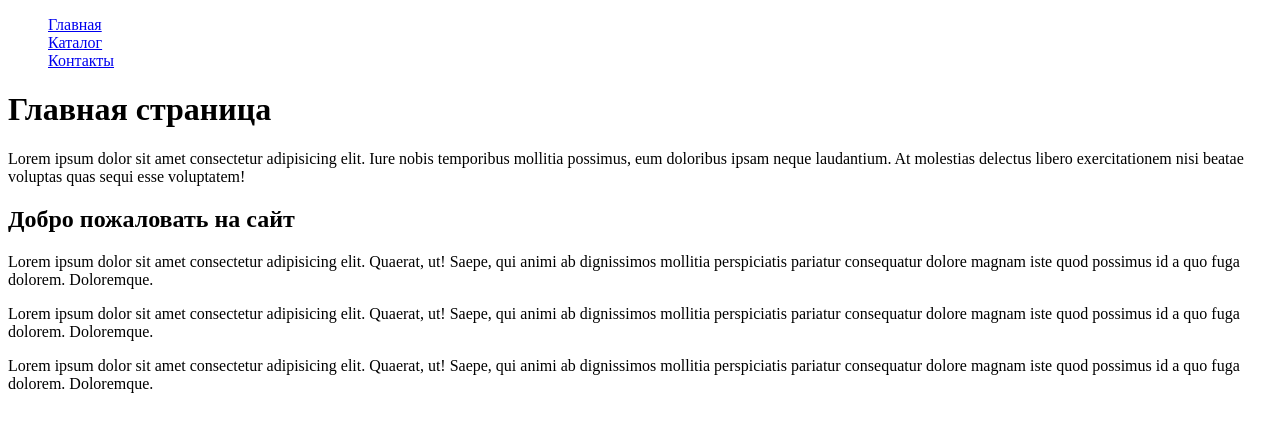
Repository: Alekseiy1980/Catalog
Page: index.html
An editor plug-in stored every save of this project. The page is shown before and after the next save, followed by the edit.
The browser window is 1280 px wide. The pictures show the whole page.

Above is the page before, as saved 2024-01-13 16:18:58.

After the next save:
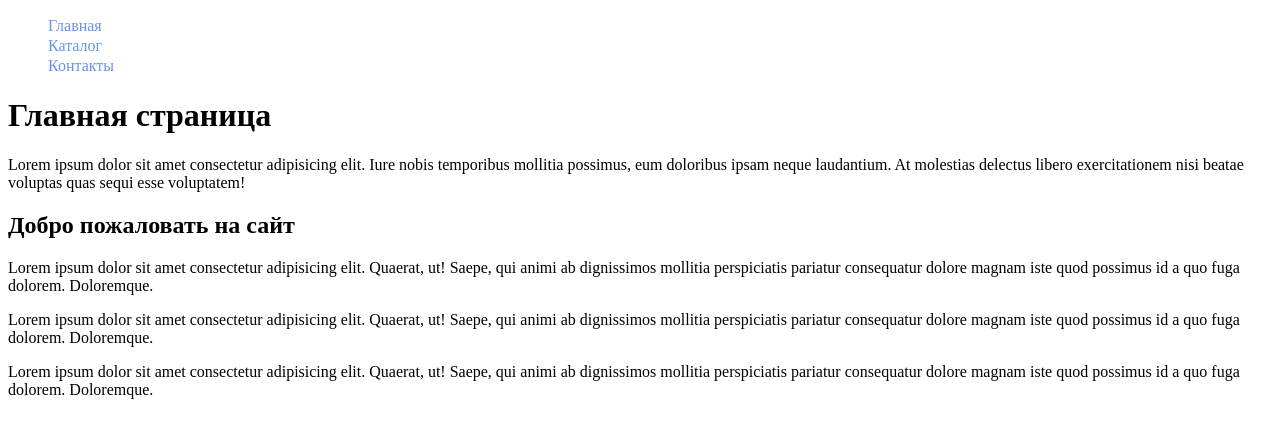
Saved 63 s later.
--- a/index.html
+++ b/index.html
@@ -11,13 +11,13 @@
         <div class="menu">
             <ul class="menu_list">
                 <li class="menu_item">
-                    <a href="#">Главная</a>
+                    <a class="menu_limk" href="#">Главная</a>
                 </li>
                 <li class="menu_item">
-                    <a href="/catalog/catalog.html">Каталог</a>
+                    <a class="menu_limk" href="/catalog/catalog.html">Каталог</a>
                 </li>
                 <li class="menu_item">
-                    <a href="contacts.html">Контакты</a>
+                    <a class="menu_limk" href="contacts.html">Контакты</a>
                 </li>
             </ul>
         </div>
